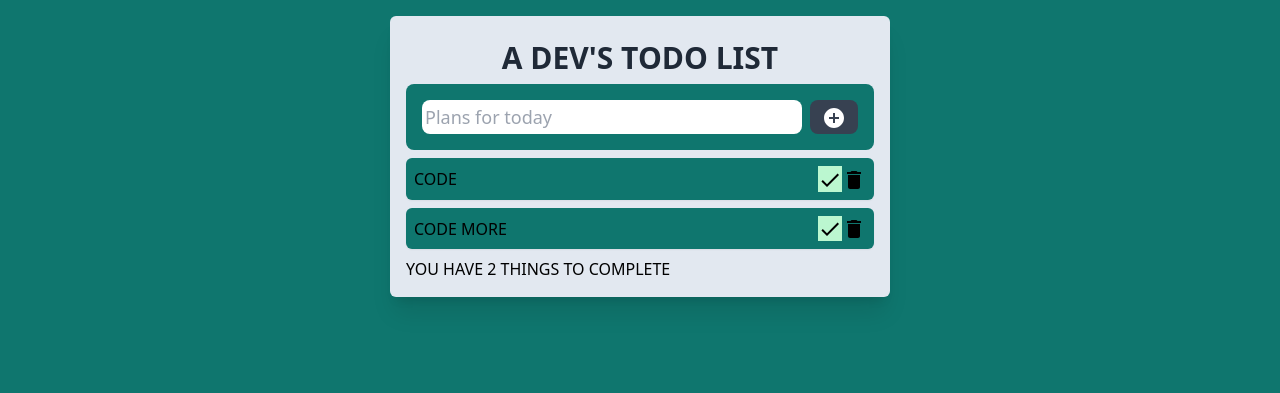
Repository: DevAntonioRogers/React-Todo-CRUD-App
Page: /
The author's editor kept a copy of each file at every save. The page is drawn from the files as they stood at one save, then again after the next save.
The browser window is 1280 px wide. The pictures show the whole page.
The project was rebuilt for these pictures with package versions that can differ from the ones it lists, and the page was loaded fresh each time. Also part of the build but not shown: vite.config.ts.

Above is the page before, as saved 2023-05-14 19:57:50.

After the next save:
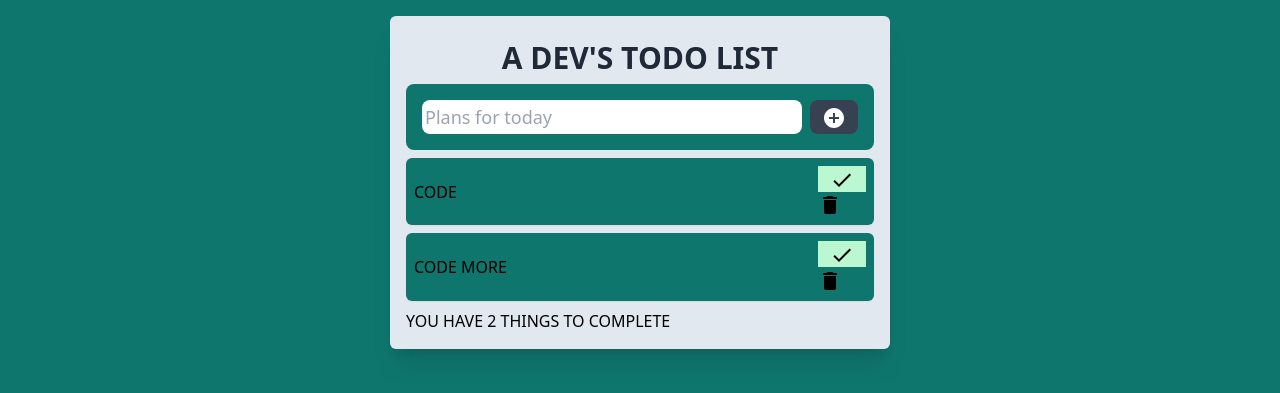
Saved 6 s later.
--- a/src/components/Todo.tsx
+++ b/src/components/Todo.tsx
@@ -11,7 +11,7 @@ const Todo = ({ todos }: TodoProps) => {
       <div className="flex items-center justify-between">
         <p>{todos}</p>
         <div>
-          <button className="bg-green-200">
+          <button className="bg-green-200 w-full">
             <CheckIcon />
           </button>
           <button>
